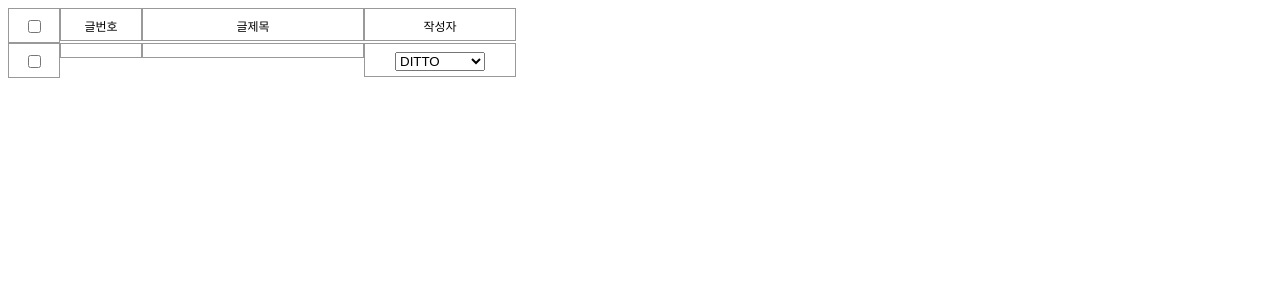
Repository: SniperDitto/save
Page: http://localhost/SpringBoard/html/boards.jsp
An editor plug-in stored every save of this project. The page is shown before and after the next save, followed by the edit.
The browser window is 1280 px wide. The pictures show the whole page.
The page is served by Tomcat 9.

Above is the page before, as saved 2022-05-26 00:26:27.

After the next save:
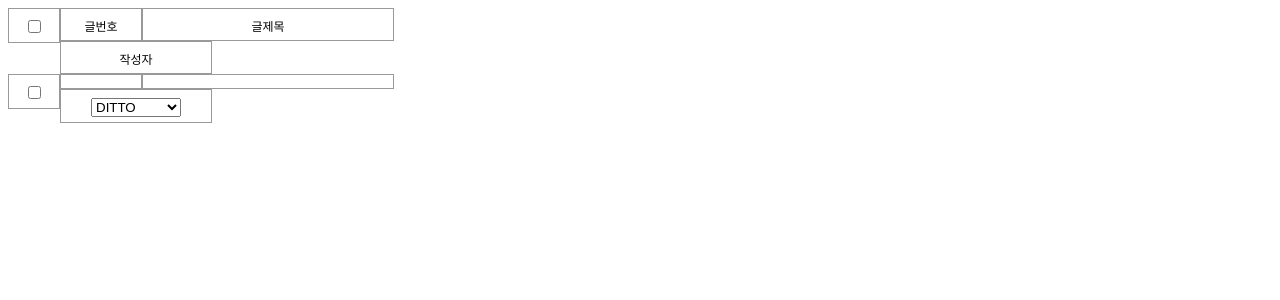
Saved 5 s later.
--- a/2022JAVA_YSH 1/JAVA/SpringBoard/SpringBoard/src/main/webapp/html/boards.jsp
+++ b/2022JAVA_YSH 1/JAVA/SpringBoard/SpringBoard/src/main/webapp/html/boards.jsp
@@ -32,7 +32,7 @@
 		float:left;
 	}
 	.col3{
-		width:220px;
+		width:250px;
 		font-size:12px;
 		text-align:center;
 		padding:8px 0px 5px 0px;

After the save that followed:
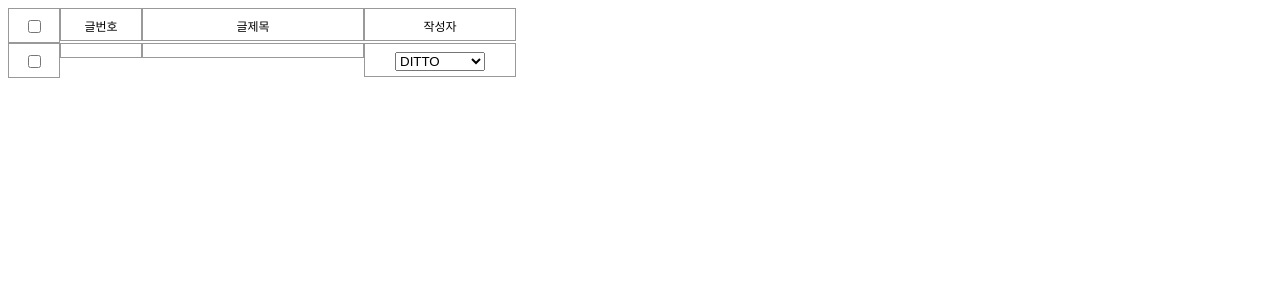
Saved 7 s later.
--- a/2022JAVA_YSH 1/JAVA/SpringBoard/SpringBoard/src/main/webapp/html/boards.jsp
+++ b/2022JAVA_YSH 1/JAVA/SpringBoard/SpringBoard/src/main/webapp/html/boards.jsp
@@ -32,7 +32,7 @@
 		float:left;
 	}
 	.col3{
-		width:250px;
+		width:220px;
 		font-size:12px;
 		text-align:center;
 		padding:8px 0px 5px 0px;
